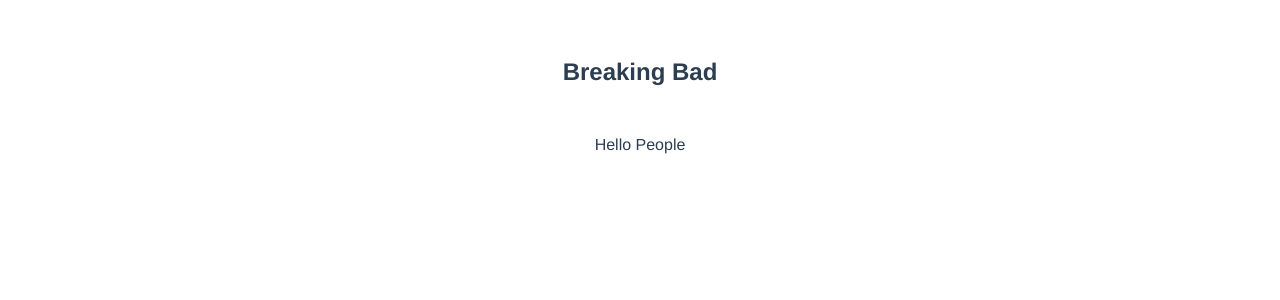
Repository: nilesjamex/vue2
Page: /
These files come from the project's save history. The page is drawn as it stood at one moment and after the next save; the edit follows.
The browser window is 1280 px wide. The pictures show the whole page.
The page's requests for data from a server got no answer. The project was rebuilt for these pictures with package versions that can differ from the ones it lists, and the page was loaded fresh each time. No one was signed in, and anything a server would have sent is missing.

Above is the page before, as saved 2022-02-01 23:18:46.

After the next save:
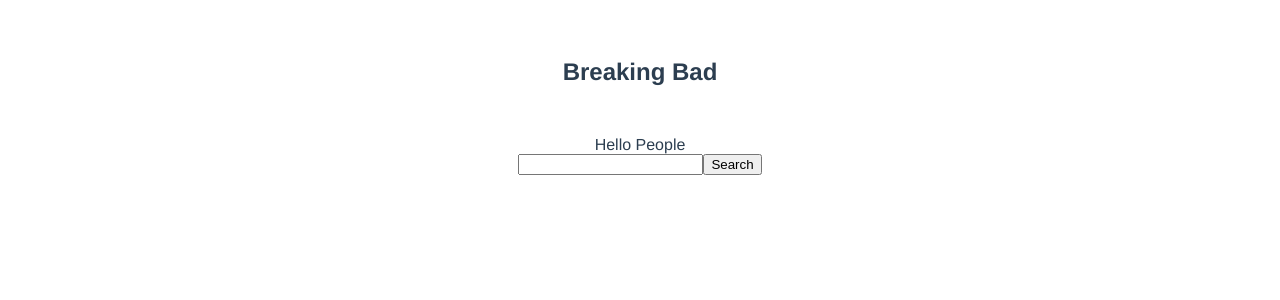
Saved 12 min 22 s later.
--- a/src/views/Home.vue
+++ b/src/views/Home.vue
@@ -2,8 +2,14 @@
   <div class="home">
    Hello People
   </div>
+  <form @submit="handleSearch">
+    <input type="text" name="search" v-model="search" />
+    <button type="submit">Search</button>
+  </form>
   <div v-for="char in chars" :key="char.id">
-    <p> {{ char.name }} </p>
+    <div class="charlist">
+      <div></div>
+    </div>
   </div>
 </template>
 
@@ -18,8 +24,9 @@
   },
   data() {
     return {
-      url: 'https://www.breakingbadapi.com/api/characters',
-      chars: []
+      url: 'https://www.breakingbadapi.com/api/characters?limit=10&offset=10',
+      chars: [],
+      search: ""
     }
   },
   mounted() {
@@ -31,7 +38,11 @@
             this.chars = data
             console.log(this.chars)
           })
-
+          },
+  methods: {
+    handleSubmit() {
+      this.url = `https://www.breakingbadapi.com/api/characters?name=${this.search}?limit=10&offset=10`
+    }
   }
 }
 </script>
